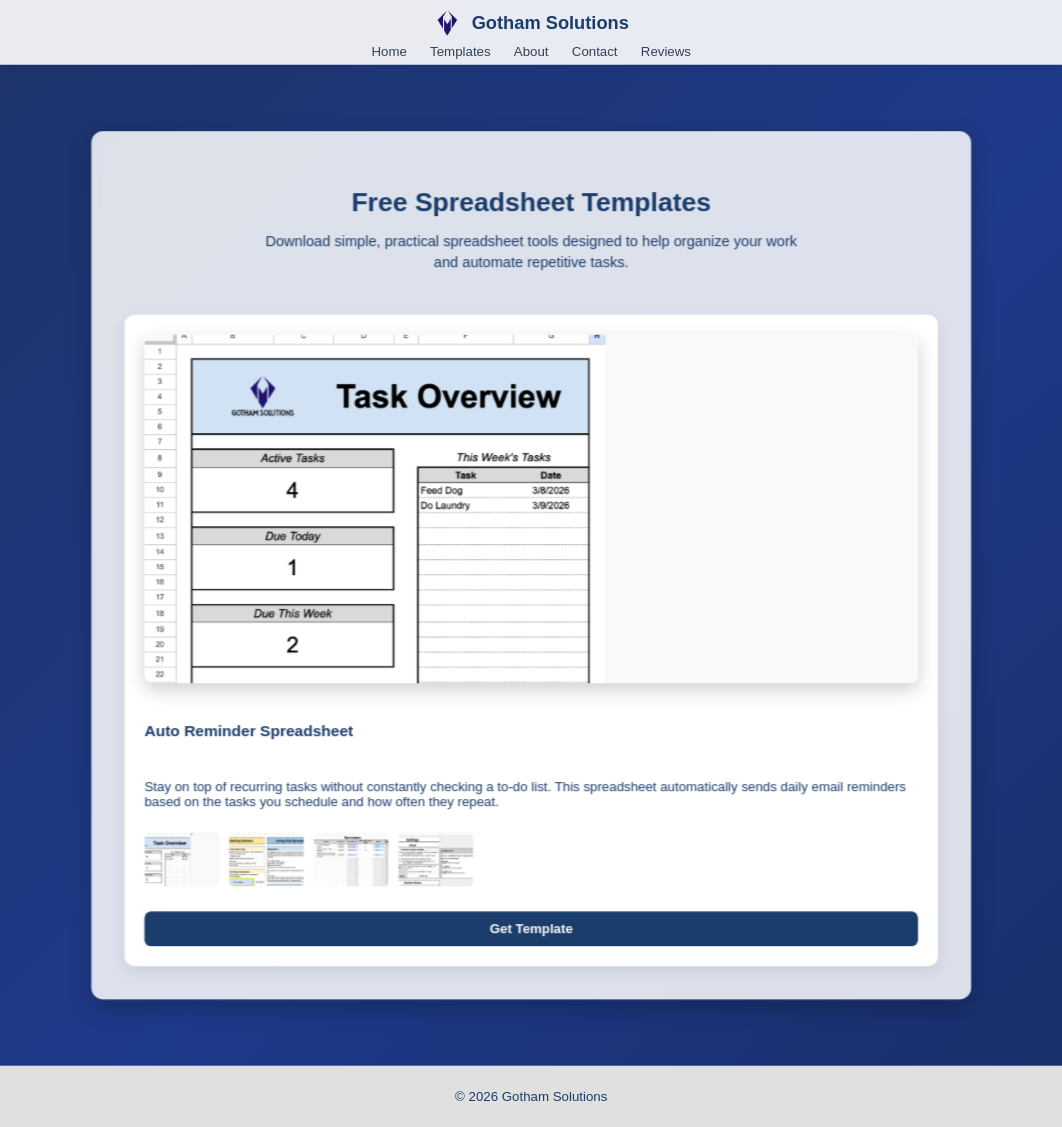
Repository: kmm569/gothamsolutions
Page: templates/index.html
An editor plug-in stored every save of this project. The page is shown before and after the next save, followed by the edit.
The browser window is 1280 px wide. The pictures show the whole page, at 83% of full size.

Above is the page before, as saved 2026-03-13 13:28:54.

### templates/index.html
<!doctype html>
<html lang="en">
	<head>

	<meta charset="UTF-8" />
	<meta name="viewport" content="width=device-width, initial-scale=1.0" />

	<title>Spreadsheet Templates for Small Businesses | Gotham Solutions</title>

	<meta name="description"
	content="Browse spreadsheet templates designed to help small businesses track tasks, organize data, and manage workflows efficiently." />

	<meta name="keywords"
	content="spreadsheet templates, business spreadsheet templates, google sheets templates, excel templates, productivity spreadsheets" />

	<link rel="canonical" href="https://solutions.gothamstudio.us/templates/" />

	<link rel="icon" href="../icons/favicon.ico" />
	<link rel="stylesheet" href="../styles.css" />

	<meta property="og:type" content="website" />
	<meta property="og:title" content="Spreadsheet Templates | Gotham Solutions" />
	<meta property="og:description" content="Spreadsheet templates designed for small business workflows and organization." />
	<meta property="og:url" content="https://solutions.gothamstudio.us/templates/" />
	<meta property="og:image" content="https://solutions.gothamstudio.us/LogoSolo.png" />

</head>

	<body>
		<header>
			<div class="logo-container">
				<img href="/" src="../LogoSolo.png" alt="Gotham Solutions Logo" class="logo" />
				<h1>Gotham Solutions</h1>
			</div>

			<nav>
				<ul>
					<li><a href="/" class="nav-link">Home</a></li>
					<li><a href="/templates/" class="nav-link">Templates</a></li>
					<li><a href="/about/" class="nav-link">About</a></li>
					<li><a href="/contact/" class="nav-link">Contact</a></li>
					<li><a href="/reviews/" class="nav-link">Reviews</a></li>
				</ul>
			</nav>
		</header>

		<main>
			<div class="content-wrapper">
				<section class="hero">
					<h2>Free Spreadsheet Templates</h2>

					<p class="hero-text">
						Download simple, practical spreadsheet tools designed to help
						organize your work and automate repetitive tasks.
					</p>
				</section>

				<section class="templates-grid">
					<div class="template-card">
						<img
							src="./images/autoreminders-dashboard.png"
							class="template-preview"
						/>

						<h3>Auto Reminder Spreadsheet</h3>

						<p class="template-description">
							Stay on top of recurring tasks without constantly checking a to-do
							list. This spreadsheet automatically sends daily email reminders
							based on the tasks you schedule and how often they repeat.
						</p>

						<div class="template-gallery">
							<img src="./images/autoreminders-dashboard.png" />
							<img src="./images/autoreminder-howto.png" />
							<img src="./images/autoreminders-reminders.png" />
							<img src="./images/autoreminders-settings.png" />
						</div>

						<a
							href="https://docs.google.com/spreadsheets/d/1iqwoBiz4gU0WCehX7NCS7XLuU7zCwvFCleJvFZoa73Y/edit?usp=sharing"
							class="button-primary"
							target="_blank"
						>
							Get Template
						</a>
					</div>
				</section>
			</div>
		</main>

		<footer>
			<p>&copy; 2026 Gotham Solutions</p>
		</footer>

		<script>
			document.querySelectorAll(".template-gallery img").forEach((img) => {
				img.addEventListener("click", () => {
					const card = img.closest(".template-card");
					const preview = card.querySelector(".template-preview");

					preview.src = img.src;
				});
			});

			const params = new URLSearchParams(window.location.search);

			if (params.has("template")) {
				sessionStorage.setItem("template", params.get("template"));
			}

			if (params.has("source")) {
				sessionStorage.setItem("source", params.get("source"));
			}

			/*const header = document.querySelector("header");

			let isShrunk = false;

			const shrinkPoint = 120;
			const expandPoint = 40;

			window.addEventListener("scroll", () => {
				const scroll = window.scrollY;

				if (!isShrunk && scroll > shrinkPoint) {
					header.classList.add("scrolled");
					isShrunk = true;
				}

				if (isShrunk && scroll < expandPoint) {
					header.classList.remove("scrolled");
					isShrunk = false;
				}
			});*/
		</script>
	</body>
</html>

### styles.css
*,
*::before,
*::after {
	box-sizing: border-box;
}

body {
	background: #ffffff;
	color: #1a3d6b;
	font-family: Arial, sans-serif;
	margin: 0;
	padding: 0;
	display: flex;
	flex-direction: column;
	min-height: 100vh;
}

header{
	position:sticky;
	top:0;
	z-index:100;

	display:flex;
	flex-direction:column;
	align-items:center;
	justify-content:center;

	height:78px;

	padding:6px 20px;

	background:rgba(255,255,255,0.9);
	backdrop-filter:blur(6px);

	box-shadow:0 2px 10px rgba(0,0,0,0.08);
}

.logo-container{
	display:flex;
	align-items:center;
	gap:12px;

	height:44px;
	overflow:hidden;

	transition:max-height .25s ease, opacity .2s ease, transform .25s ease;
}

/* compact header when scrolling
header.scrolled {
	padding: 10px 20px;
	box-shadow: 0 6px 18px rgba(0, 0, 0, 0.15);
}*/


header.scrolled .logo-container {
	max-height: 0;
	opacity: 0;
	transform: translateY(-10px);
}


@media (max-width: 600px) {
	header {
		padding: 16px 12px;
	}
}

header h1{
	font-size:22px;
	margin:0;
}

.logo{
	height:34px;
	width:auto;
}

nav ul{
	display:flex;
	gap:28px;
	list-style:none;
	padding:0;
	margin:4px 0 0 0;
}

.nav-link {
	text-decoration: none;

	color: #334155;
	font-weight: 500;

	position: relative;

	transition: color 0.2s ease;
}

.nav-link:hover {
	color: #2563eb;
}

.nav-link::after {
	content: "";

	position: absolute;
	left: 0;
	bottom: -4px;

	width: 0;
	height: 2px;

	background: #2563eb;

	transition: width 0.2s ease;
}

.nav-link:hover::after {
	width: 100%;
}

main {
	flex: 1;
	padding: 40px 20px;
	width: 100%;
	max-width: 1100px;
	margin: 0 auto;
}

/* HERO */

.hero {
	text-align: center;
	margin-bottom: 50px;
}

.hero h2 {
	font-size: 2em;
	margin-bottom: 15px;
}

.hero-text {
	max-width: 650px;
	margin: auto;
	font-size: 1.1em;
	line-height: 1.5;
}

@media (max-width: 600px) {
	.hero-text {
		max-width: 100%;
		padding: 0 6px;
	}
}

.hero-buttons {
	margin-top: 20px;
	display: flex;
	gap: 15px;
	justify-content: center;
	flex-wrap: wrap;
}

/* BUTTONS */

.button-primary {
	background: #1a3d6b;
	color: white;
	padding: 12px 24px;
	border-radius: 8px;
	text-decoration: none;
	font-weight: bold;
}

.button-secondary {
	background: #16a085;
	color: white;
	padding: 12px 24px;
	border-radius: 8px;
	text-decoration: none;
	font-weight: bold;
}

@media (max-width: 600px) {
	.button-primary,
	.button-secondary {
		padding: 10px 18px;
		font-size: 0.95em;
	}
}

/* SERVICES */

.services {
	margin-bottom: 50px;
}

.services h2 {
	text-align: center;
	margin-bottom: 25px;
}

.service-grid {
	display: grid;
	grid-template-columns: repeat(auto-fit, minmax(220px, 1fr));
	gap: 20px;
}

@media (max-width: 600px) {
	.service-grid {
		grid-template-columns: 1fr;
		gap: 18px;
	}
}

.service-card {
	background: #f5f5f5;
	padding: 20px;
	border-radius: 10px;
	box-shadow: 0 4px 10px rgba(0, 0, 0, 0.1);
}

/* PROCESS */

.process {
	margin-bottom: 20px;
}

.process h2 {
	text-align: center;
	margin-bottom: 25px;
}

.process-grid {
	display: grid;
	grid-template-columns: repeat(auto-fit, minmax(220px, 1fr));
	gap: 20px;
}

.process-step {
	background: #f5f5f5;
	padding: 20px;
	border-radius: 10px;
	box-shadow: 0 4px 10px rgba(0, 0, 0, 0.1);
}

/* CTA */

.cta {
	text-align: center;
	background: #f5f5f5;
	padding: 30px;
	border-radius: 10px;
	max-width: 700px;
	margin: 0 auto;
}

.cta p {
	max-width: 600px;
	margin: 10px auto 20px auto;
}

/* FORM */

.contact-section {
	max-width: 900px;
	margin: 60px auto;
	padding: 0 20px;
}

.form-card {
	background: #f5f5f5;
	padding: 30px;
	border-radius: 10px;
	box-shadow: 0 6px 14px rgba(0, 0, 0, 0.15);

	width: 100%;
	max-width: 900px;

	margin: 0 auto;
}

.form-card form {
	width: 100%;
}

form {
	display: flex;
	flex-direction: column;
	gap: 14px;
}

input,
select,
textarea {
	width: 100%;
	padding: 14px;
	font-size: 15px;
}

.submit-button {
	margin-top: 10px;
	padding: 12px;
	border: none;
	background: #1a3d6b;
	color: white;
	font-weight: bold;
	border-radius: 8px;
	cursor: pointer;
}

.submit-button:hover {
	background: #163457;
}

input,
select,
textarea {
	width: 100%;
	padding: 12px;
	border-radius: 6px;
	border: 1px solid #ccc;
	font-size: 14px;
	box-sizing: border-box;
}

/* WHY SECTION */

.why-section {
	margin: 50px 0;
	background: #f5f5f5;
	padding: 30px;
	border-radius: 10px;
	box-shadow: 0 4px 10px rgba(0, 0, 0, 0.1);
}

.why-section h2 {
	text-align: center;
	margin-bottom: 10px;
}

.why-section > p {
	text-align: center;
	max-width: 650px;
	margin: 0 auto 25px auto;
}

footer {
	background: #e0e0e0;
	padding: 12px;
	text-align: center;
}

/* WHY GOTHAM SOLUTIONS LIST */

.about-points {
	list-style: none;
	padding: 0;
	margin-top: 20px;

	display: flex;
	flex-direction: column;
	gap: 18px;
}

.about-points li {
	position: relative;
	padding-left: 34px;
	line-height: 1.5;
}

.about-points li::before {
	content: "";

	position: absolute;
	left: 0;
	top: 3px;

	width: 16px;
	height: 16px;

	background-color: #2c3e50;

	mask: url("/icons/target.svg") no-repeat center;
	mask-size: contain;

	-webkit-mask: url("/icons/target.svg") no-repeat center;
	-webkit-mask-size: contain;
}

body {
	background: linear-gradient(-45deg, #0f172a, #1e3a8a, #1e293b, #2563eb);

	background-size: 400% 400%;
	animation: gradientShift 15s ease infinite;

	min-height: 100vh;
}

@keyframes gradientShift {
	0% {
		background-position: 0% 50%;
	}
	50% {
		background-position: 100% 50%;
	}
	100% {
		background-position: 0% 50%;
	}
}

.content-wrapper {
	max-width: 1100px;
	margin: 40px auto;
	padding: 40px;

	background: rgba(255, 255, 255, 0.85);

	border-radius: 14px;

	box-shadow: 0 10px 30px rgba(0, 0, 0, 0.25);

	backdrop-filter: blur(6px);
}

.service-card,
.process-step {
	background: #ffffff;
	border-radius: 12px;

	padding: 24px;

	box-shadow: 0 6px 18px rgba(0, 0, 0, 0.08);

	transition:
		transform 0.2s ease,
		box-shadow 0.2s ease;
}

.service-card:hover,
.process-step:hover {
	transform: translateY(-6px);

	box-shadow: 0 14px 32px rgba(0, 0, 0, 0.15);
}

.service-card::before,
.process-step::before {
	content: "";
	display: block;

	height: 4px;
	width: 40px;

	background: #2563eb;

	border-radius: 4px;

	margin-bottom: 12px;
}

.templates-grid {
	display: grid;
	grid-template-columns: repeat(auto-fit, minmax(260px, 1fr));
	gap: 24px;
	margin-top: 30px;
}

.template-card {
	background: #ffffff;
	border-radius: 12px;
	padding: 24px;

	box-shadow: 0 6px 18px rgba(0, 0, 0, 0.08);

	display: flex;
	flex-direction: column;
	gap: 12px;

	transition:
		transform 0.2s ease,
		box-shadow 0.2s ease;
}

.template-card:hover {
	transform: translateY(-6px);
	box-shadow: 0 14px 32px rgba(0, 0, 0, 0.15);
}

.template-preview {
	width: 100%;
	max-height: 420px;

	object-fit: cover;

	border-radius: 10px;
	margin-bottom: 16px;

	box-shadow: 0 8px 20px rgba(0, 0, 0, 0.18);
}

.template-gallery {
	display: flex;
	gap: 12px;
	margin-bottom: 18px;
	flex-wrap: wrap;
}

.template-gallery img {
	width: 90px;
	height: 65px;

	object-fit: cover;

	border-radius: 6px;
	cursor: pointer;

	transition:
		transform 0.15s ease,
		box-shadow 0.15s ease;
}

.template-gallery img:hover {
	transform: scale(1.05);
	box-shadow: 0 6px 12px rgba(0, 0, 0, 0.15);
}

.template-card .button-primary {
	width: 100%;
	text-align: center;
}

.review-grid{
	display:grid;
	grid-template-columns:repeat(auto-fit,minmax(260px,1fr));
	gap:24px;
	margin-top:32px;
}

.review-card{
	background:#fff;
	padding:24px;
	border-radius:10px;
	box-shadow:0 4px 12px rgba(0,0,0,0.08);
}

.review-card p{
	margin:10px 0;
}

.stars{
	color:#f5b301;
	font-size:18px;
}

.review-average{
	font-size:20px;
	margin-bottom:20px;
}

.review-form{
	max-width:600px;
	margin-top:24px;
	display:flex;
	flex-direction:column;
	gap:12px;
}

.review-form label{
	margin-top:8px;
}

.review-form input,
.review-form textarea,
.review-form select{
	padding:10px;
	border:1px solid #ccc;
	border-radius:6px;
	font-size:14px;
}

.review-form textarea{
	min-height:120px;
	resize:vertical;
}

.review-form button{
	margin-top:16px;
	padding:12px;
	background:#1d3557;
	color:white;
	border:none;
	border-radius:6px;
	cursor:pointer;
	font-weight:600;
}

.review-form button:hover{
	background:#274777;
}

.review-form{
	max-width:600px;
	margin:24px auto 0 auto;
	display:flex;
	flex-direction:column;
	gap:12px;
}

.review-card strong{
	display:block;
	margin-top:8px;
	color:#1a3d6b;
}

.review-empty{
	text-align:center;
	max-width:520px;
	margin:60px auto 40px auto;
}

.review-empty h3{
	margin:10px 0 8px 0;
}

.review-empty p{
	margin-bottom:14px;
		color:#475569;
	line-height:1.5;
}

.review-empty .stars{
	font-size:28px;
	margin-bottom:12px;
}

.star-rating{
	color:#ccc;
	cursor:pointer;
	user-select:none;
	font-size:28px;

	display:flex;
	align-items:center;
	gap:4px;

	margin:6px 0 6px 0;
}

.star-rating span{
	margin-right:6px;
	transition:color .15s ease;
}

.star-rating span.active{
	color:#f5b301;
}

.star-rating span:hover{
	color:#f5b301;
	transform:scale(1.1);
}

.anon-option{
	display:flex;
	align-items:center;
	gap:8px;
	font-size:14px;
	margin-top:6px;
	margin:4px 0 8px 0;
}

.anon-option input{
	width:auto;
	margin:0;
}

.review-form input:disabled{
	background:#f2f2f2;
	color:#777;
	cursor:not-allowed;
}

After the next save:
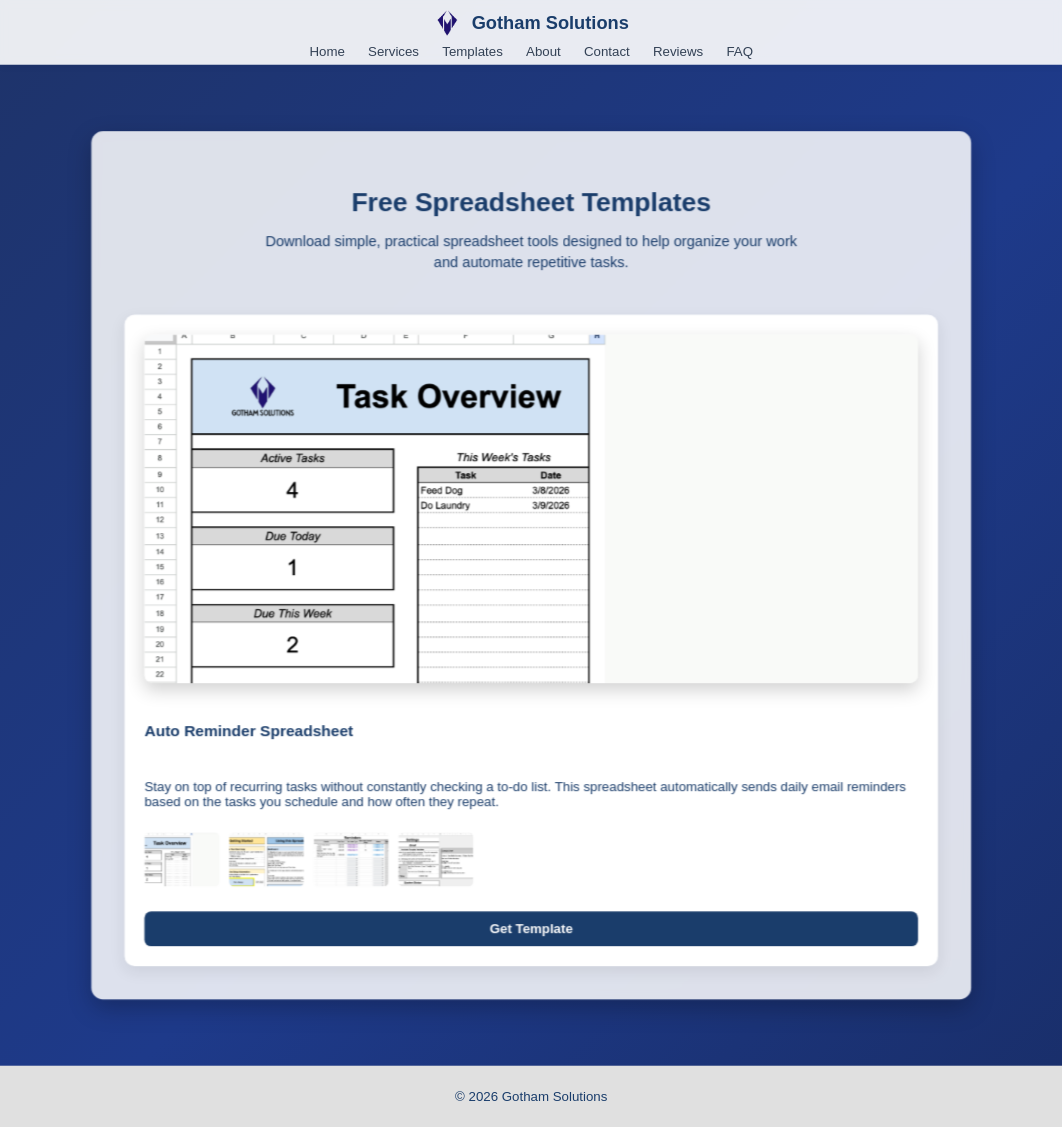
Saved 17 s later.
--- a/templates/index.html
+++ b/templates/index.html
@@ -29,17 +29,24 @@
 	<body>
 		<header>
 			<div class="logo-container">
-				<img href="/" src="../LogoSolo.png" alt="Gotham Solutions Logo" class="logo" />
+				<img
+					href="/"
+					src="LogoSolo.png"
+					alt="Gotham Solutions Logo"
+					class="logo"
+				/>
 				<h1>Gotham Solutions</h1>
 			</div>
 
 			<nav>
 				<ul>
 					<li><a href="/" class="nav-link">Home</a></li>
+					<li><a href="/services/" class="nav-link">Services</a></li>
 					<li><a href="/templates/" class="nav-link">Templates</a></li>
 					<li><a href="/about/" class="nav-link">About</a></li>
 					<li><a href="/contact/" class="nav-link">Contact</a></li>
 					<li><a href="/reviews/" class="nav-link">Reviews</a></li>
+					<li><a href="/faq/" class="nav-link">FAQ</a></li>
 				</ul>
 			</nav>
 		</header>
